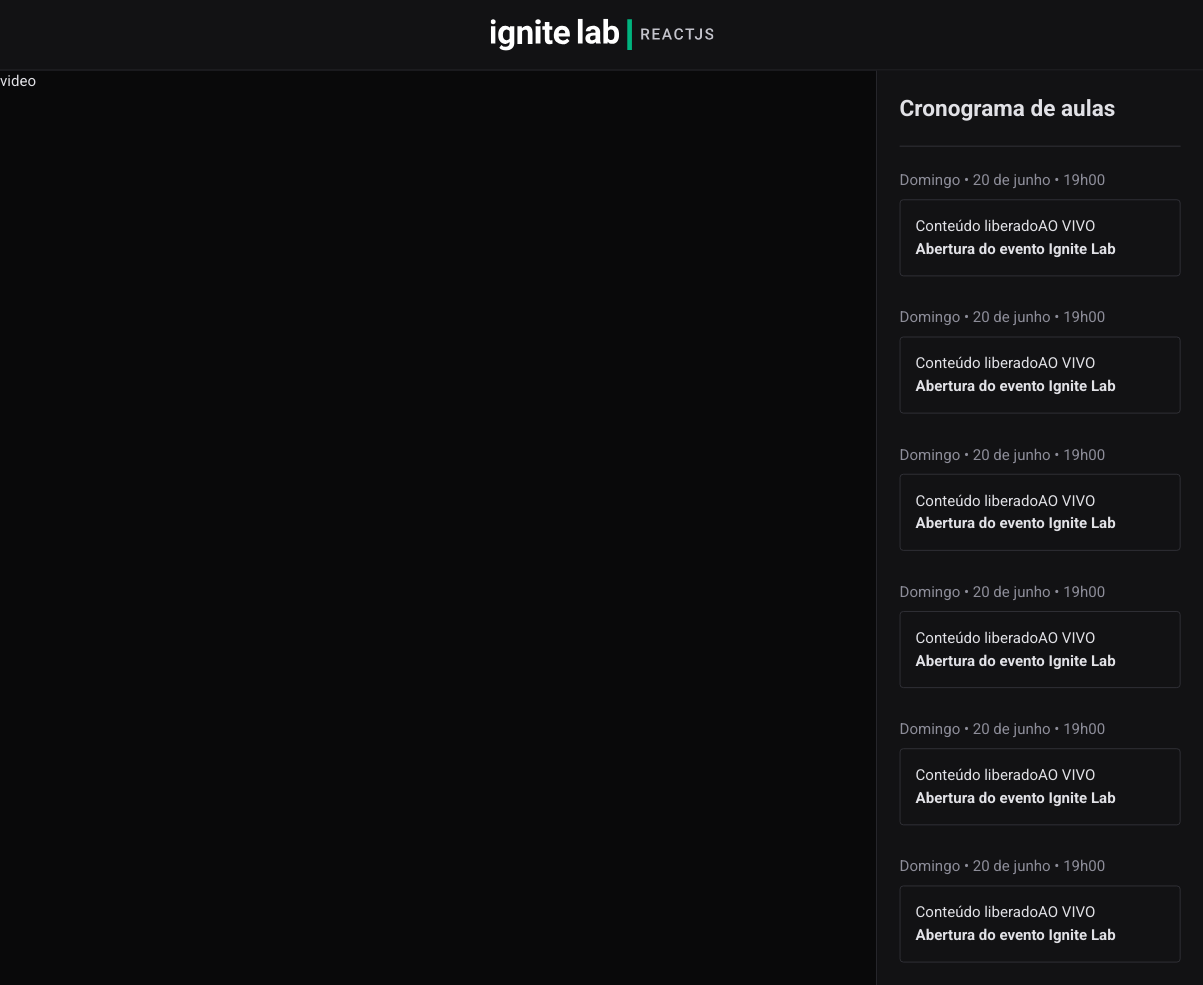
Repository: andynadvorny/event-platform
Page: /
These files come from the project's save history. The page is drawn as it stood at one moment and after the next save; the edit follows.
The browser window is 1280 px wide. The pictures show the whole page, at 94% of full size.
The project was rebuilt for these pictures with package versions that can differ from the ones it lists, and the page was loaded fresh each time. Also part of the build but not shown: vite.config.ts.

Above is the page before, as saved 2022-06-23 14:36:30.

After the next save:
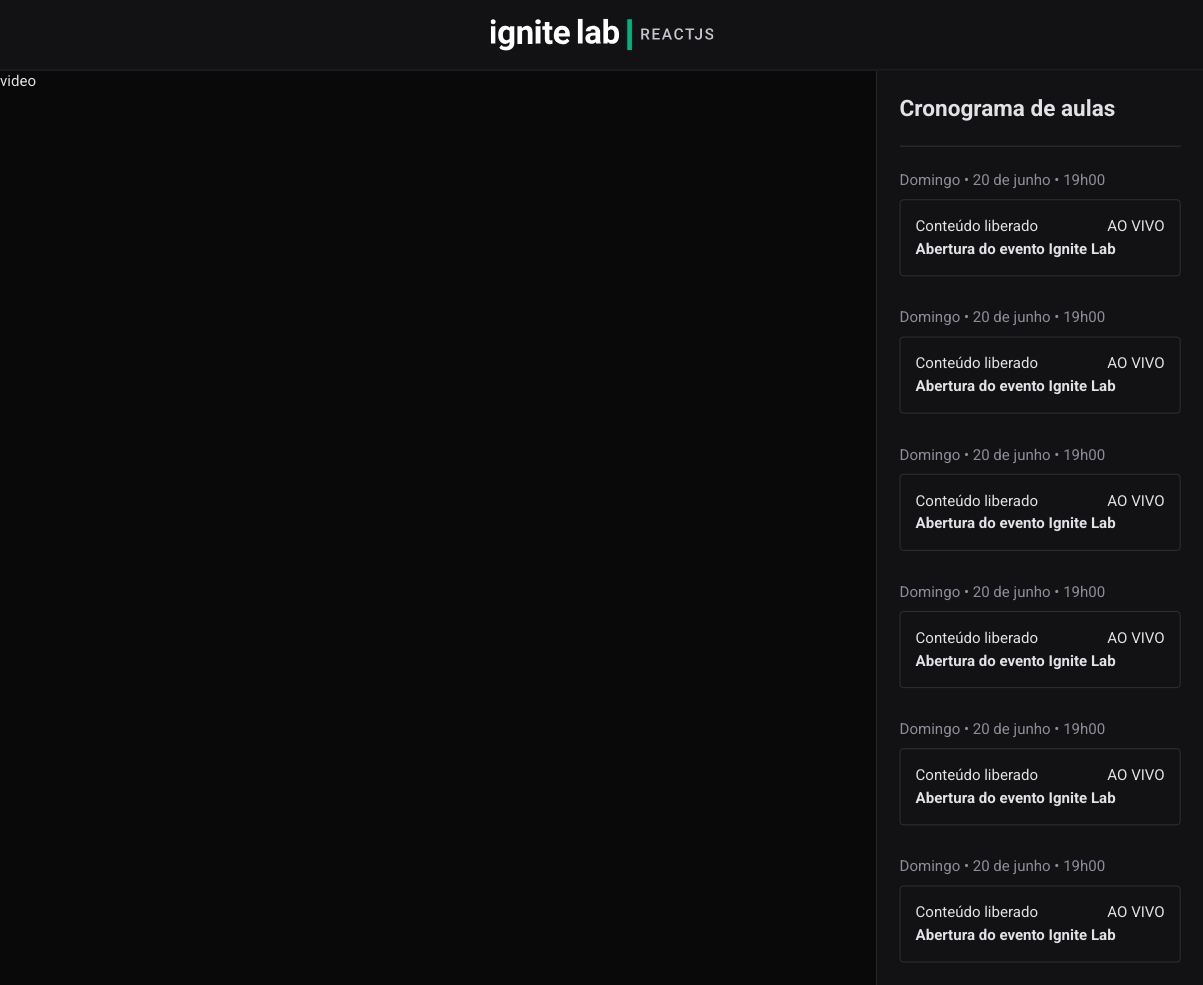
Saved 25 s later.
--- a/src/components/Lesson.tsx
+++ b/src/components/Lesson.tsx
@@ -6,7 +6,7 @@
       </span>
 
       <div className="rounded border border-gray-500 p-4 mt-2">
-        <header>
+        <header className="flex items-center justify-between">
           <span>
             Conteúdo liberado
           </span>
